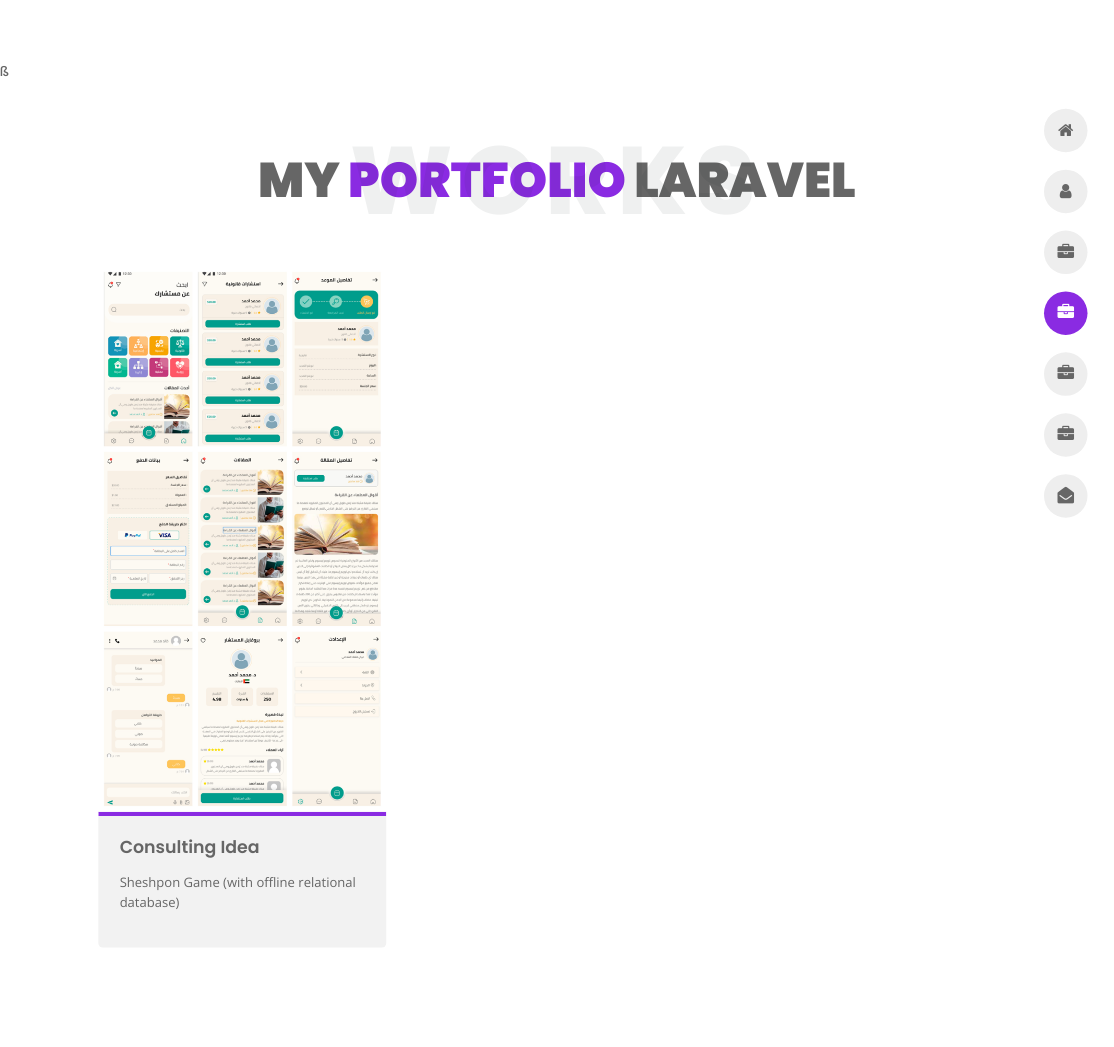
Repository: mhamdimno/mywebsite
Page: portfolioLaravel.html
These files come from the project's save history. The page is drawn as it stood at one moment and after the next save; the edit follows.
The browser window is 1280 px wide. The pictures show the whole page, at 87% of full size.

Above is the page before, as saved 2023-06-03 14:25:57.

### portfolioLaravel.html
<!DOCTYPE html>
<html lang="en">

<head>
    <meta charset="utf-8">
    <title>Portfolio - Personal Portfolio</title>
    <meta name="viewport" content="width=device-width, initial-scale=1">

    <!-- Template Google Fonts -->
    <link href="https://fonts.googleapis.com/css?family=Poppins:400,400i,500,500i,600,600i,700,700i,800,800i,900,900i" rel="stylesheet">
    <link href="https://fonts.googleapis.com/css?family=Open+Sans:300,400,400i,600,600i,700" rel="stylesheet">

    <!-- Template CSS Files -->
    <link href="css/bootstrap.min.css" rel="stylesheet">
    <link href="css/preloader.min.css" rel="stylesheet">
    <link href="css/circle.css" rel="stylesheet">
    <link href="css/font-awesome.min.css" rel="stylesheet">
    <link href="css/fm.revealator.jquery.min.css" rel="stylesheet">
    <link href="css/style.css" rel="stylesheet">



    <!-- Modernizr JS File -->
    <script src="js/modernizr.custom.js"></script>
</head>

<body class="portfolio light blog">

<!-- Header Starts -->
<header class="header" id="navbar-collapse-toggle">
    <!-- Fixed Navigation Starts -->
    <ul class="icon-menu d-none d-lg-block revealator-slideup revealator-once revealator-delay1">
        <li class="icon-box">
            <i class="fa fa-home"></i>
            <a href="index.html">
                <h2>Home</h2>
            </a>
        </li>
        <li class="icon-box">
            <i class="fa fa-user"></i>
            <a href="about.html">
                <h2>About</h2>
            </a>
        </li>
        <li class="icon-box">
            <i class="fa fa-briefcase"></i>
            <a href="portfolioIOS.html">
                <h2>IOS</h2>
            </a>
        </li>
        <li class="icon-box active">
            <i class="fa fa-briefcase"></i>
            <a href="portfolioFlutter.html">
                <h2>Flutter</h2>
            </a>
        </li>
        <li class="icon-box">
            <i class="fa fa-briefcase"></i>
            <a href="portfolioFlutter.html">
                <h2>Laravel</h2>
            </a>
        </li>
        <li class="icon-box">
            <i class="fa fa-briefcase"></i>
            <a href="portfolioLaravel.html">
                <h2>Laravel</h2>
            </a>
        </li>
        <li clas
        <li class="icon-box">
            <i class="fa fa-envelope-open"></i>
            <a href="contact.html">
                <h2>Contact</h2>
            </a>
        </li>

    </ul>
    <!-- Fixed Navigation Ends -->
    <!-- Mobile Menu Starts -->
    <nav role="navigation" class="d-block d-lg-none">
        <div id="menuToggle">
            <input type="checkbox" />
            <span></span>
            <span></span>
            <span></span>
            <ul class="list-unstyled" id="menu">
                <li><a href="index.html"><i class="fa fa-home"></i><span>Home</span></a></li>
                <li><a href="about.html"><i class="fa fa-user"></i><span>About</span></a></li>
                <li><a href="portfolioIOS.html"><i class="fa fa-folder-open"></i><span>IOS</span></a></li>
                <li><a href="portfolioFlutter.html"><i class="fa fa-folder-open"></i><span>Flutter</span></a></li>
                <li><a href="portfolioLaravel.html"><i class="fa fa-folder-open"></i><span>Laravel</span></a></li>
                <li><a href="contact.html"><i class="fa fa-envelope-open"></i><span>Contact</span></a></li>
            </ul>
        </div>
    </nav>
    <!-- Mobile Menu Ends -->
</header>
<!-- Header Ends -->
<!-- Page Title Starts -->

<section class="main-content revealator-slideup revealator-once revealator-delay1">
    <div class="container">





</section>ß
<!-- Page Title Ends -->
<section class="title-section text-left text-sm-center revealator-slideup revealator-once revealator-delay1">
    <h1>my <span>portfolio</span> Laravel <span></span></h1>
    <span class="title-bg">works</span>
</section>
<!-- Page Title Ends -->

<!-- Main Content Starts -->
<section class="main-content revealator-slideup revealator-once revealator-delay1">
    <div class="container">
        <!-- Articles Starts -->
        <div class="row">
  <!-- Article Starts -->

  <div class="col-12 col-md-6 col-lg-6 col-xl-4 mb-30">
    <article class="post-container">
        <div class="post-thumb">
            <a href="projects/consulting_idea/index.html" class="d-block position-relative overflow-hidden">
                <img src="img/projects/consulting_idea.jpg" class="img-fluid" alt="sheshpon">
            </a>
        </div>
        <div class="post-content">
            <div class="entry-header">
                <h3><a href="projects/consulting_idea/index.html">Consulting Idea</a></h3>
            </div>
            <div class="entry-content open-sans-font">
                <p>Sheshpon Game (with offline relational database)</p>
            </p>
            </div>
        </div>
    </article>
</div>



    </div>

</section>
<!-- Main Content Ends -->

<!-- Template JS Files -->
<script src="js/jquery-3.5.0.min.js"></script>
<script src="js/styleswitcher.js"></script>
<script src="js/preloader.min.js"></script>
<script src="js/fm.revealator.jquery.min.js"></script>
<script src="js/imagesloaded.pkgd.min.js"></script>
<script src="js/masonry.pkgd.min.js"></script>
<script src="js/classie.js"></script>
<script src="js/cbpGridGallery.js"></script>
<script src="js/jquery.hoverdir.js"></script>
<script src="js/popper.min.js"></script>
<script src="js/bootstrap.js"></script>
<script src="js/custom.js"></script>

</body>

</html>

Loaded but not shown: css/bootstrap.min.css (library); css/preloader.min.css (common file); css/font-awesome.min.css (library); css/fm.revealator.jquery.min.css (common file); js/modernizr.custom.js (library); js/jquery-3.5.0.min.js (library); js/preloader.min.js (common file); js/fm.revealator.jquery.min.js (common file); js/imagesloaded.pkgd.min.js (library); js/masonry.pkgd.min.js (library); js/jquery.hoverdir.js (library); js/popper.min.js (library); js/bootstrap.js (library); js/cbpGridGallery.js (364 lines, source omitted); js/styleswitcher.js (218 lines, source omitted); js/custom.js (142 lines, source omitted); js/classie.js (68 lines, source omitted); css/style.css (1791 lines, source omitted); css/circle.css (1054 lines, source omitted)

After the next save:
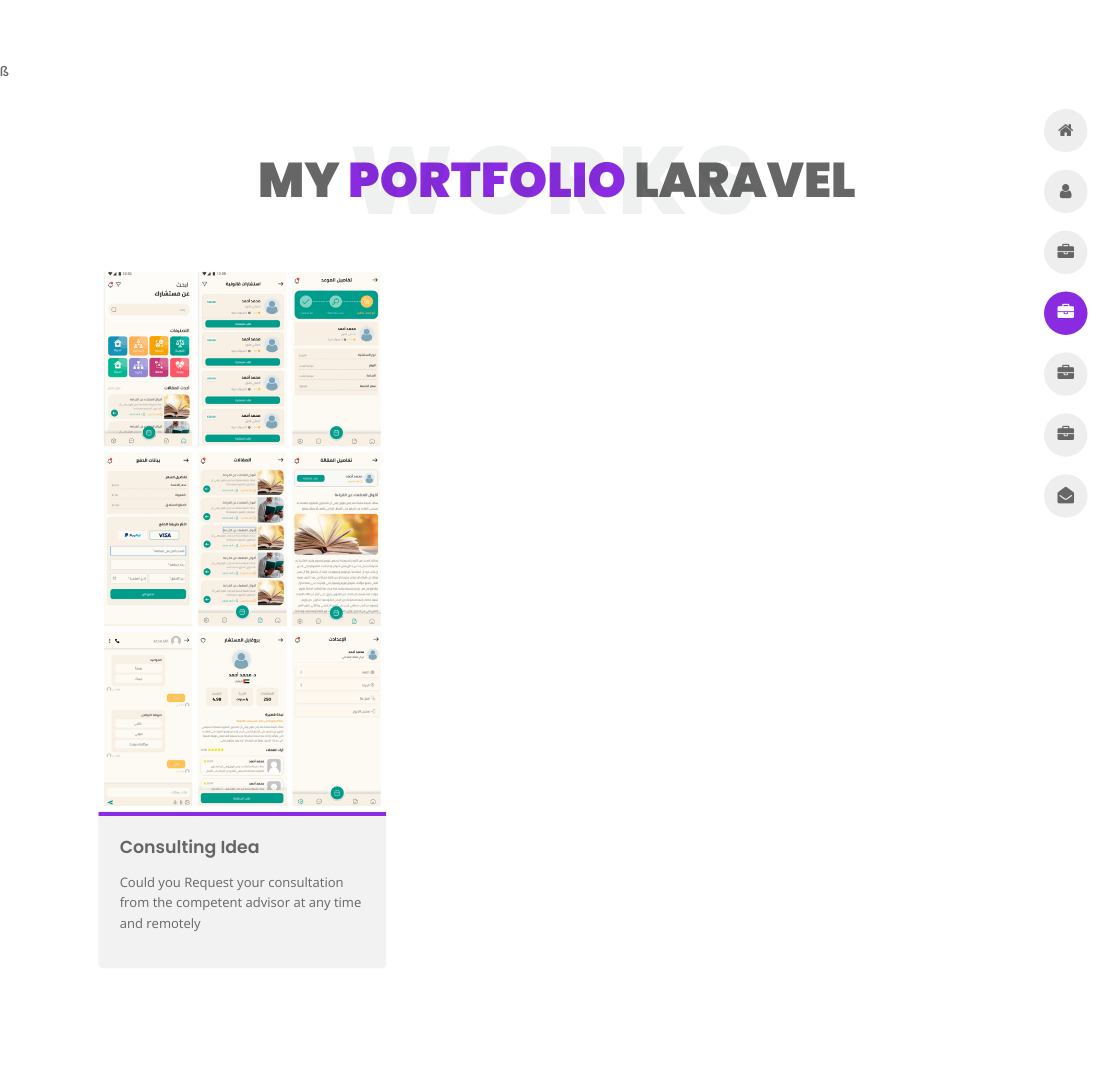
Saved 34 s later.
--- a/portfolioLaravel.html
+++ b/portfolioLaravel.html
@@ -132,7 +132,10 @@
                 <h3><a href="projects/consulting_idea/index.html">Consulting Idea</a></h3>
             </div>
             <div class="entry-content open-sans-font">
-                <p>Sheshpon Game (with offline relational database)</p>
+                <p>Could you
+                    Request your consultation
+                    from the competent advisor
+                    at any time and remotely</p>
             </p>
             </div>
         </div>
